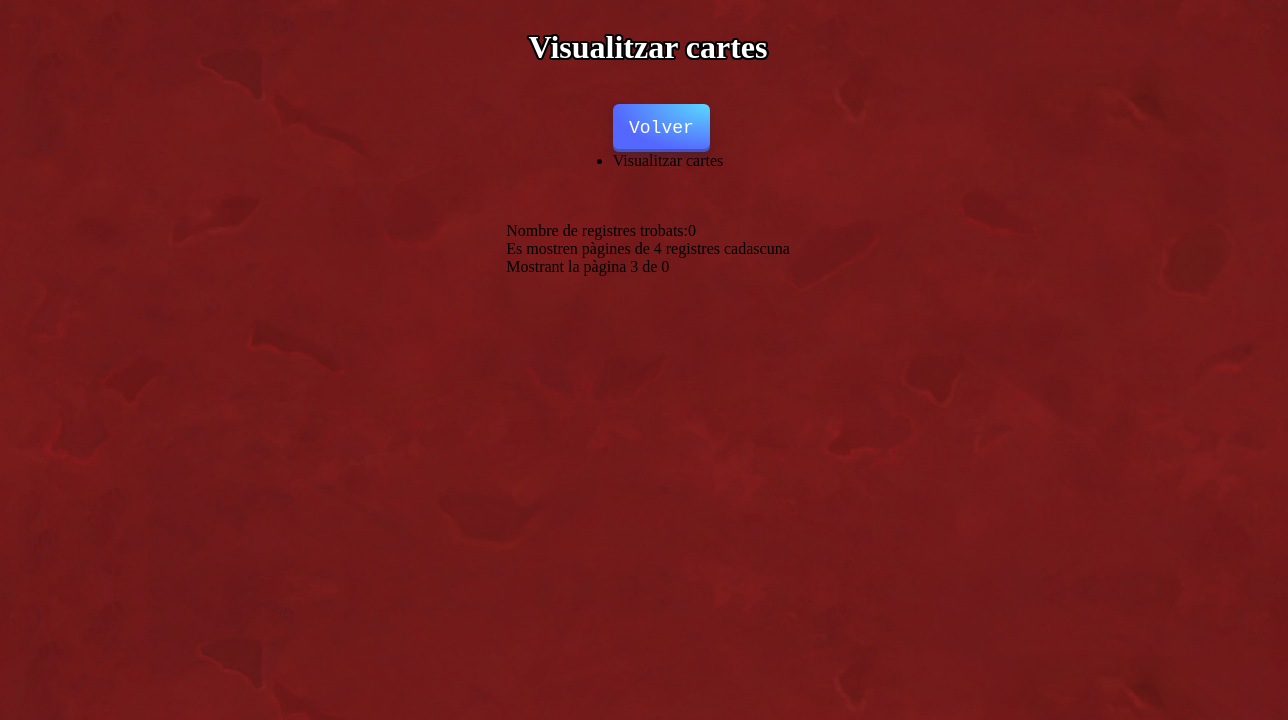
Repository: azumay/Juego-Cartas-RPG
Page: http://localhost/Prueba/verCartas.jsp
An editor plug-in stored every save of this project. The page is shown before and after the next save, followed by the edit.
The browser window is 1280 px wide. The page is 1288 px wide, so the pictures cover 1288 px, including what lies to the right of the window. The pictures show the whole page.
The page is served by Tomcat 9. Queries for data that is not in the repository find no rows.

Above is the page before, as saved 2022-02-20 17:58:54.

After the next save:
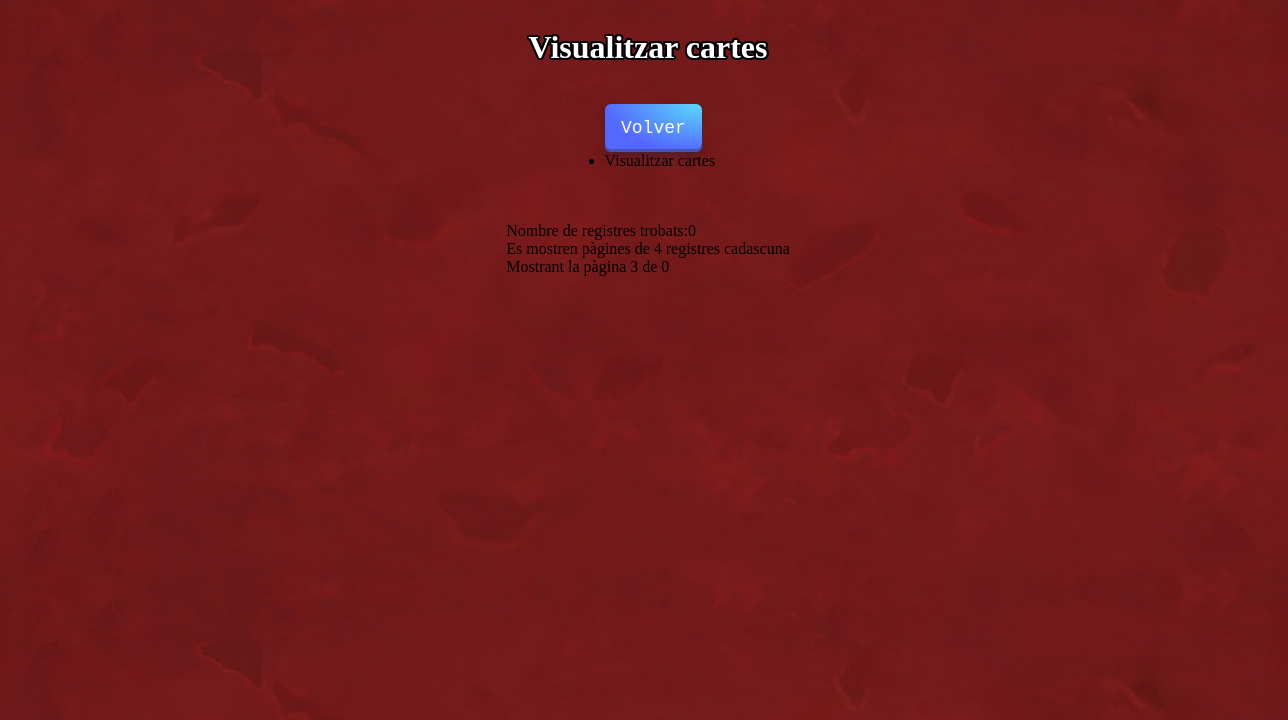
Saved 53 s later.
--- a/Prueba/src/main/webapp/verCartas.jsp
+++ b/Prueba/src/main/webapp/verCartas.jsp
@@ -12,7 +12,9 @@
 </head>
 <h1 class="titol">Visualitzar cartes</h1>
  <ul class="breadcrumb">
+ <a href='index.jsp'>
   <button class="button-29" role="button">Volver</button>
+  </a>
   <li>Visualitzar cartes</li>
 </ul>
 <br><br>
